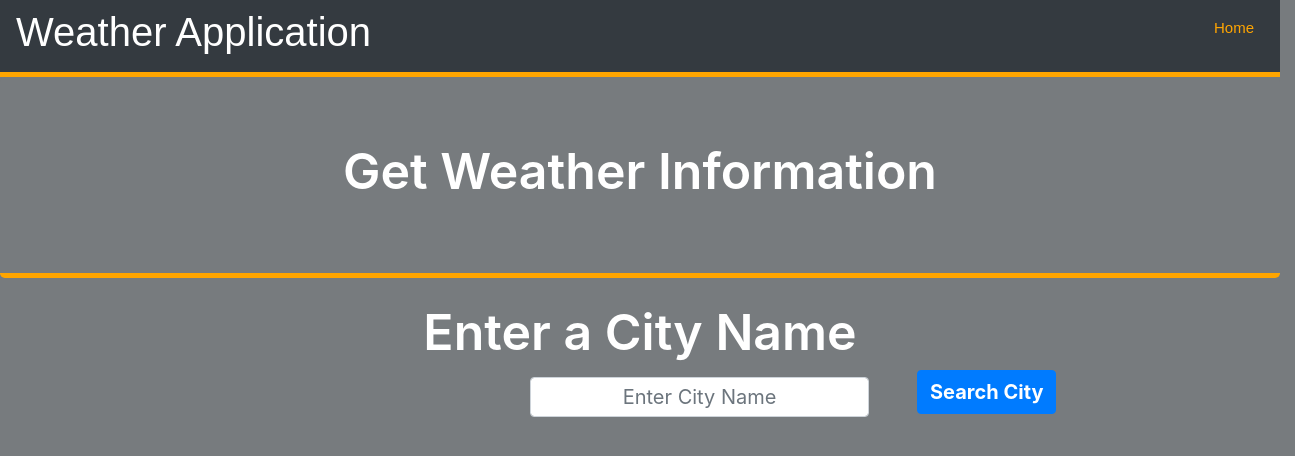
Repository: ElijahHallera/336-Internet-Prog
Page: cst336_s2020_Project3-master/cst336_s2020_Project3-master/index.html
The author's editor kept a record of every edit. The page is drawn from the files as they stood at one moment, then again after the next edit.
The browser window is 1280 px wide. The page is 1295 px wide, so the pictures cover 1295 px, including what lies to the right of the window. The pictures show the whole page.

Above is the page before.

After the next edit:
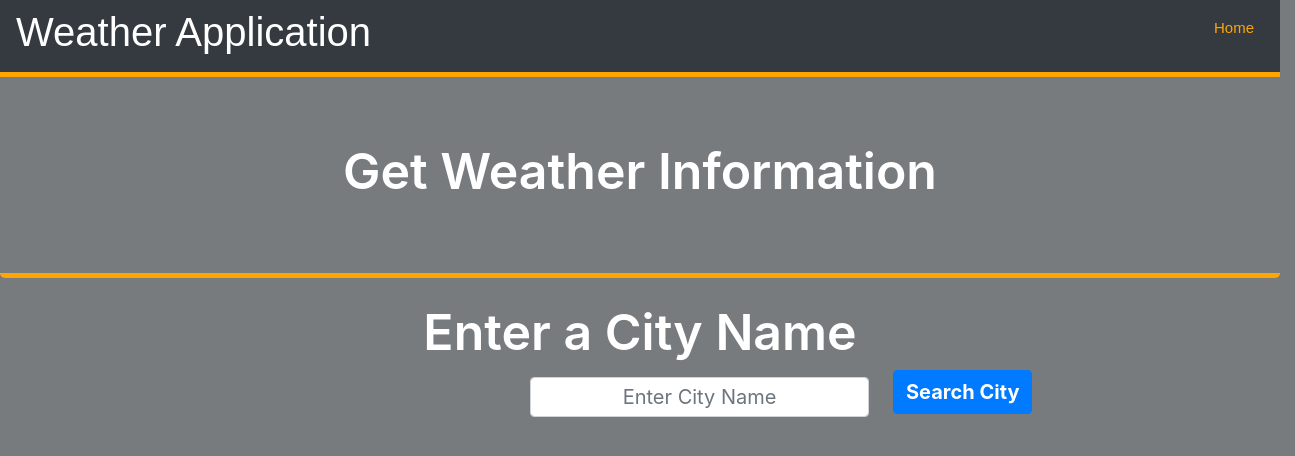
The edit:
--- a/cst336_s2020_Project3-master/cst336_s2020_Project3-master/index.html
+++ b/cst336_s2020_Project3-master/cst336_s2020_Project3-master/index.html
@@ -40,7 +40,7 @@
                &emsp;&emsp;&emsp;&emsp;&emsp;&emsp;&emsp;&emsp;&emsp;&emsp;&emsp;&emsp;
                &emsp;&emsp;&emsp;&emsp;&emsp;&emsp;&emsp;&emsp;&emsp;&ensp;
                <input type="text" name = "city" id = "city" class = "form-control" placeholder = "Enter City Name">
-               &emsp;&emsp;&emsp;<button id = "submitWeather" class="btn btn-primary"> Search City </button>
+               &emsp;&ensp;<button id = "submitWeather" class="btn btn-primary"> Search City </button>
             </div>
 
             </br>
